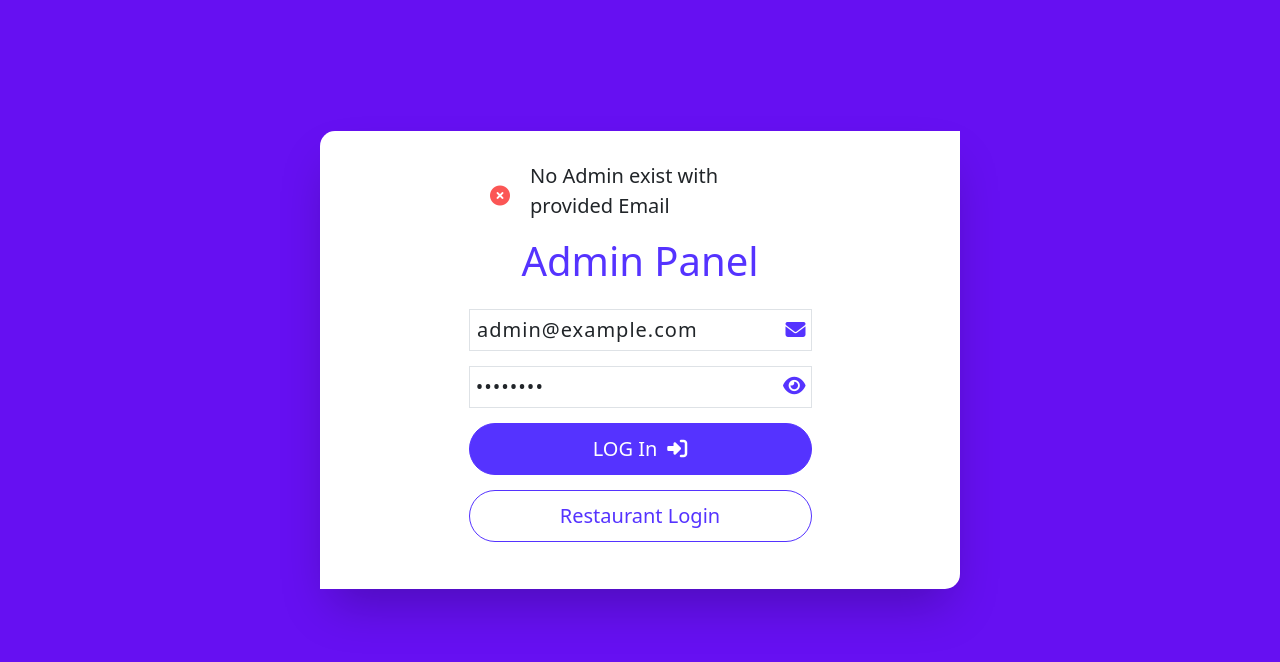
Repository: FlyweisReact/GopalAdminPanel
Page: /
These files come from the project's save history. The page is drawn as it stood at one moment and after the next save; the edit follows.
The browser window is 1280 px wide. The pictures show the whole page.
Some web libraries are served in a nearby version. The project was rebuilt for these pictures with package versions that can differ from the ones it lists, and the page was loaded fresh each time. Also part of the build but not shown: src/components/pages/Dashboard.jsx, src/vendorPanel/components/Auth.jsx, src/components/BaseUrl.jsx, src/components/pages/products/Products.jsx, src/components/pages/categories/Categories.jsx, src/components/pages/banner/Banner.jsx, src/components/pages/orders/Orders.jsx, src/components/pages/terms/Terms.jsx and 50 more. Imported but missing from the stored project, and not drawn on this page: src/components/layout/HOC.

Above is the page before, as saved 2023-04-03 13:09:47.

After the next save:
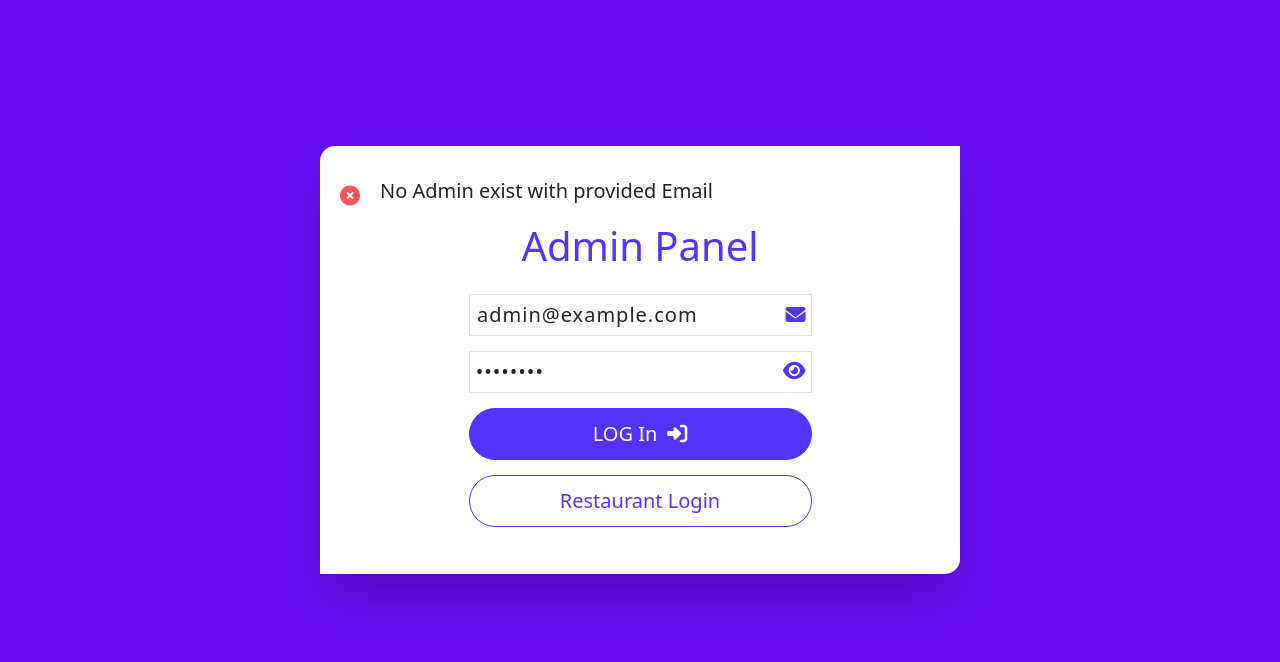
Saved 6 s later.
--- a/src/index.css
+++ b/src/index.css
@@ -138,7 +138,7 @@ code {
 }
 
 .alertDiv{
-  width: 300px;
+  width: 600px;
   display: flex;
   gap: 20px;
   align-items: center;
